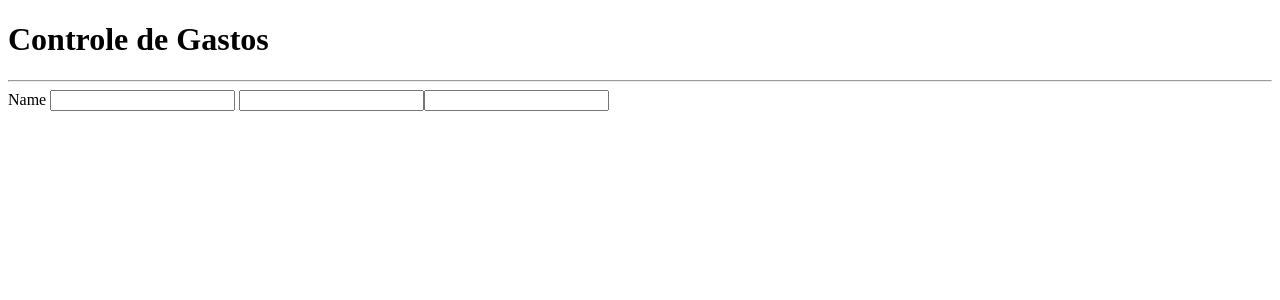
Repository: MarcioFreitasUFSC21/FrontEnd-part-1
Page: index.html
The author's editor kept a copy of each file at every save. The page is drawn from the files as they stood at one save, then again after the next save.
The browser window is 1280 px wide. The pictures show the whole page.

Above is the page before, as saved 2023-04-22 19:00:51.

### index.html
<!DOCTYPE html>
<html lang="pt-br>
<head>
    <meta charset="UTF-8">
    <meta http-equiv="X-UA-Compatible" content="IE=edge">
    <meta name="viewport" content="width=device-width, initial-scale=1.0">
    <title>Controle Gastos</title>
</head>
<body>
    <h1> Controle de Gastos</h1>
    <hr>
    <label type = "Name"> Name</label> <input type = "text" ></body></input>
    <input type = "text" ></body></input><input type = "text" ></body></input>

</body>
</html>

After the next save:
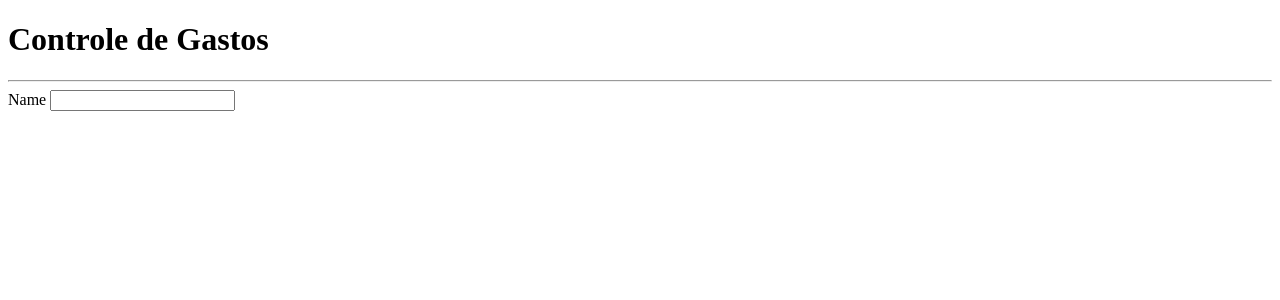
Saved 4 s later.
--- a/index.html
+++ b/index.html
@@ -10,7 +10,7 @@
     <h1> Controle de Gastos</h1>
     <hr>
     <label type = "Name"> Name</label> <input type = "text" ></body></input>
-    <input type = "text" ></body></input><input type = "text" ></body></input>
+
 
 </body>
 </html>
